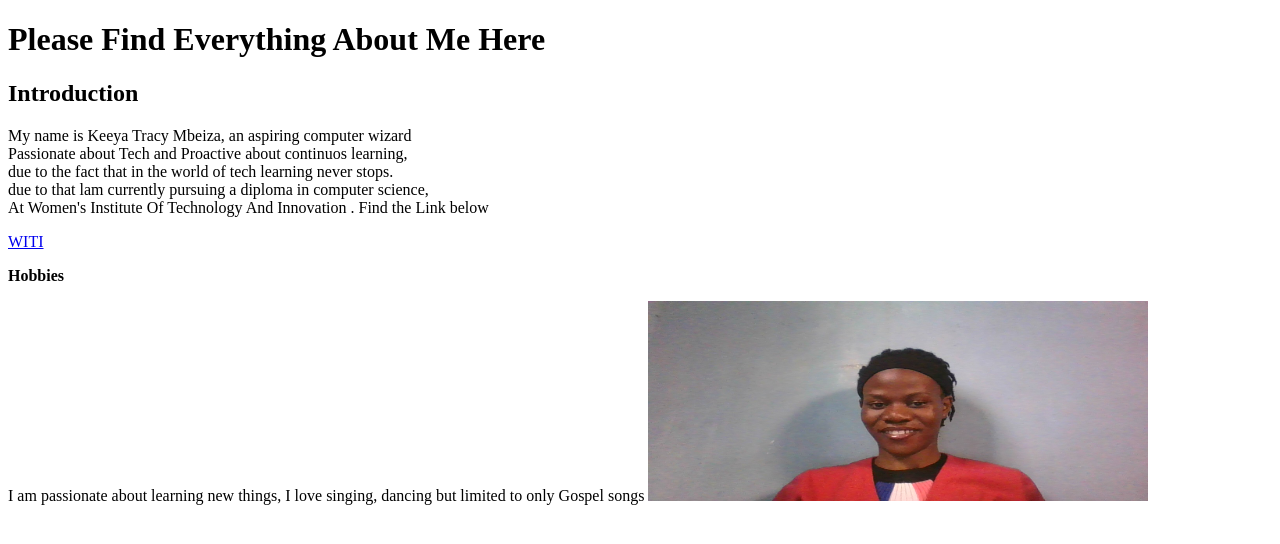
Repository: tracykeeya/my_first_web
Page: index.html
The author's editor kept a copy of each file at every save. The page is drawn from the files as they stood at one save, then again after the next save.
The browser window is 1280 px wide. The pictures show the whole page.

Above is the page before, as saved 2025-11-03 02:52:33.

### index.html
<!DOCTYPE html>
<html lang="en">
<head>
    <meta charset="UTF-8">
    <meta name="viewport" content="width=device-width, initial-scale=1.0">
    <title>My First Web Page</title>
</head>
<body>
    <h1 style="margin: ;">Please Find Everything About Me Here</h1>
    <h2>Introduction</h2>

    <p>My name is Keeya Tracy Mbeiza, an aspiring computer wizard<br>Passionate about Tech and Proactive about continuos learning,<br> due to the fact that in the world of tech learning never stops.<br> due to that lam currently pursuing a diploma in computer science,<br>
        At Women's Institute Of Technology And Innovation . Find the Link below </br></p>
    <a href="https://www.witi.ac.ug/">WITI</a>

    <p><b>Hobbies</b></p>
    I am passionate about learning new things,
    I love singing, dancing but limited to only Gospel songs


    <!-- <img src="https://www.witi.ac.ug/wp-content/uploads/2020/08/WhatsApp-Image-2020-08-14-at-11.16.16-AM.jpeg" alt=""> -->
    <img src="/Tracy.jpg " alt="" width="500" height="200">

</body>
</html>

After the next save:
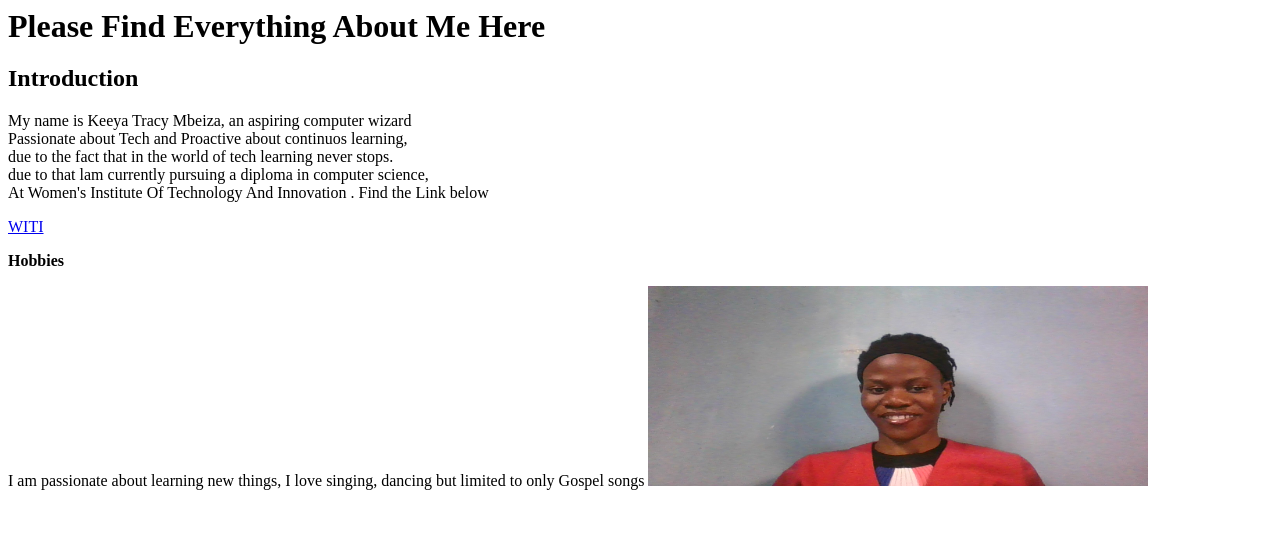
Saved 8 s later.
--- a/index.html
+++ b/index.html
@@ -6,7 +6,7 @@
     <title>My First Web Page</title>
 </head>
 <body>
-    <h1 style="margin: ;">Please Find Everything About Me Here</h1>
+    <h1 style="margin: auto;">Please Find Everything About Me Here</h1>
     <h2>Introduction</h2>
 
     <p>My name is Keeya Tracy Mbeiza, an aspiring computer wizard<br>Passionate about Tech and Proactive about continuos learning,<br> due to the fact that in the world of tech learning never stops.<br> due to that lam currently pursuing a diploma in computer science,<br>

After the 5 saves that followed:
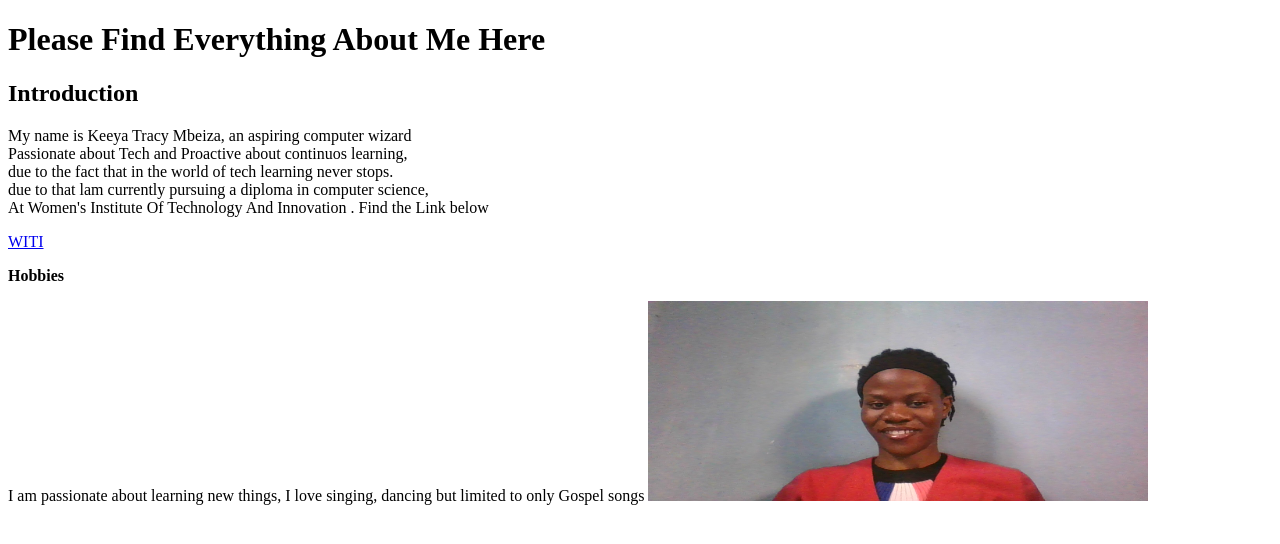
The 5 saves are shown as one change because they came seconds apart.
The last was saved 14 s later.
--- a/index.html
+++ b/index.html
@@ -6,7 +6,7 @@
     <title>My First Web Page</title>
 </head>
 <body>
-    <h1 style="margin: auto;">Please Find Everything About Me Here</h1>
+    <h1 style="margin: c;">Please Find Everything About Me Here</h1>
     <h2>Introduction</h2>
 
     <p>My name is Keeya Tracy Mbeiza, an aspiring computer wizard<br>Passionate about Tech and Proactive about continuos learning,<br> due to the fact that in the world of tech learning never stops.<br> due to that lam currently pursuing a diploma in computer science,<br>
